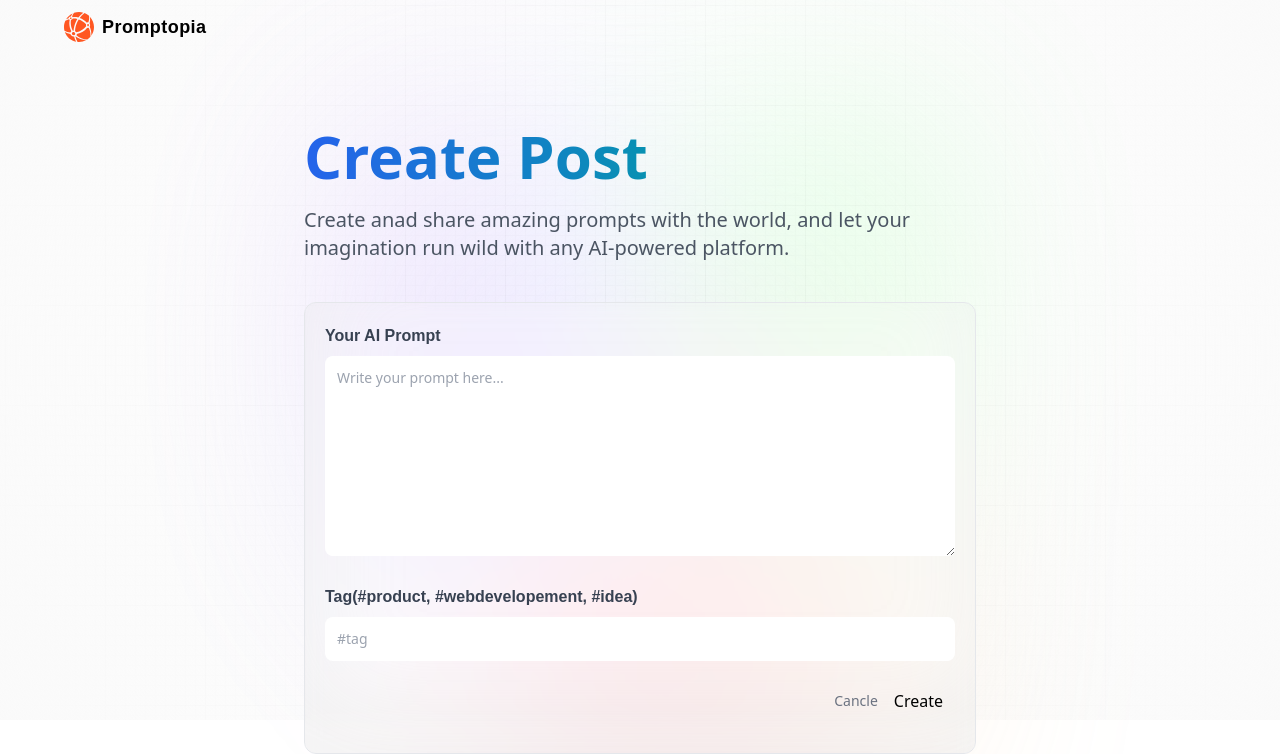
Repository: shraddesh123/promptAI
Page: /create-prompt
The author's editor kept a copy of each file at every save. The page is drawn from the files as they stood at one save, then again after the next save.
The browser window is 1280 px wide. The pictures show the whole page.
The page's requests for data from a server got no answer. The project was rebuilt for these pictures with package versions that can differ from the ones it lists, and the page was loaded fresh each time. The framework's server and built-in components were replaced by stand-ins that run in the browser. No one was signed in, and anything a server would have sent is missing. Also part of the build but not shown: next.config.mjs.

Above is the page before, as saved 2024-08-02 18:55:14.

After the next save:
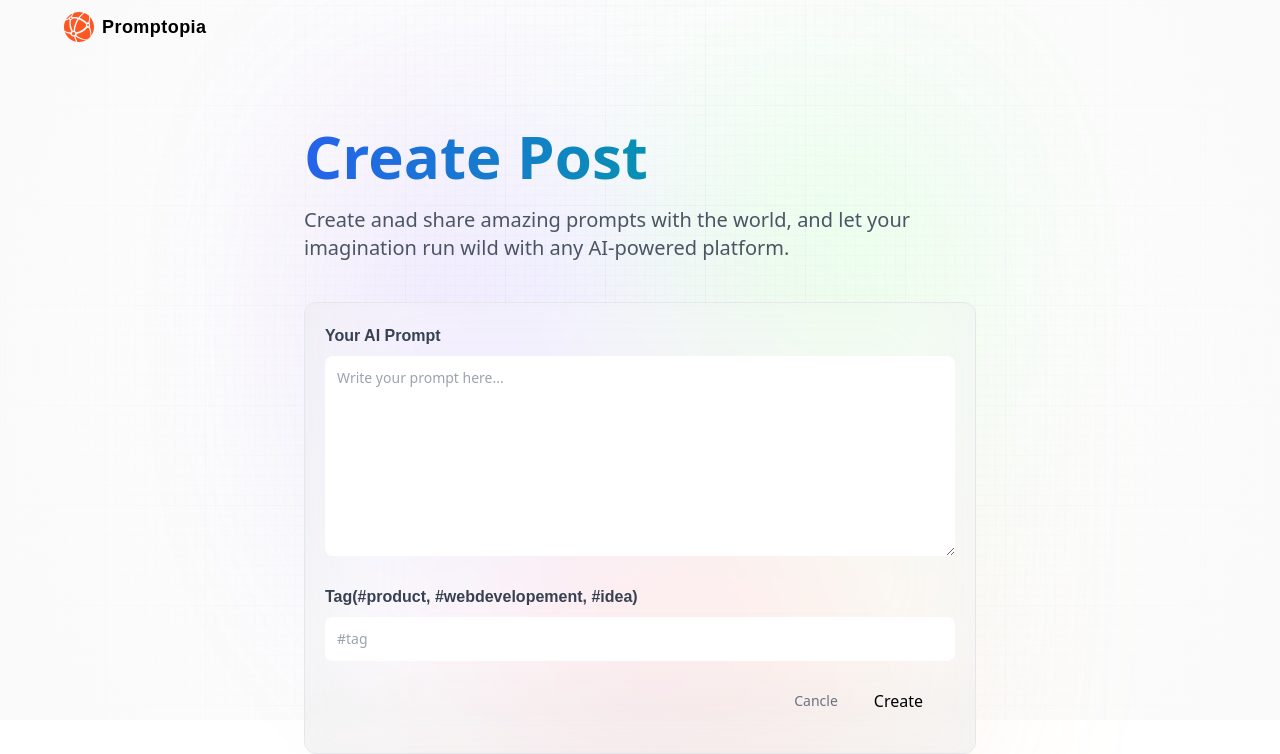
Saved 4 s later.
--- a/components/Form.jsx
+++ b/components/Form.jsx
@@ -39,7 +39,7 @@ const Form = ({ type, post, setPost, Submitting, handleSubmit }) => {
           <button
             type="submit"
             disabled={Submitting}
-            className="">
+            className="px-5">
             {Submitting ? `${type}...` :type}
           </button>
         </div>
